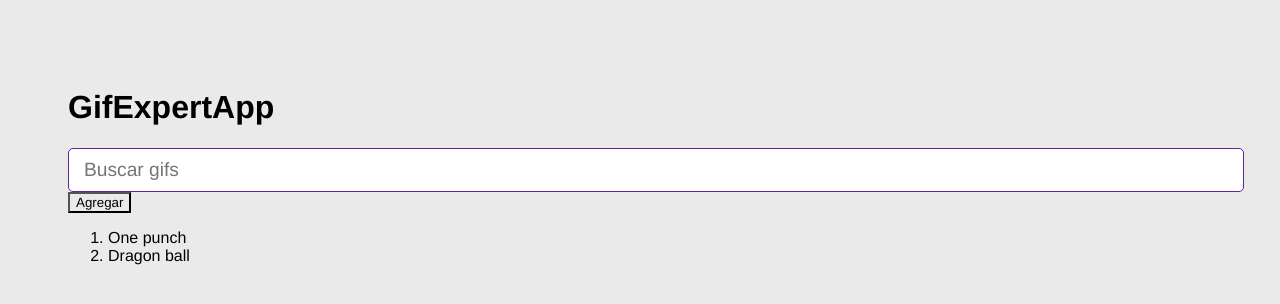
Repository: mmg0206/react-gif-expert
Page: /
The author's editor kept a copy of each file at every save. The page is drawn from the files as they stood at one save, then again after the next save.
The browser window is 1280 px wide. The pictures show the whole page.
The project was rebuilt for these pictures with package versions that can differ from the ones it lists, and the page was loaded fresh each time. Also part of the build but not shown: vite.config.js.

Above is the page before, as saved 2024-04-13 19:22:55.

### src/main.jsx
import React from 'react'
import ReactDOM from 'react-dom/client'
import { GifExpertApp } from './GifExpertApp.jsx'
import './styles.css';


ReactDOM.createRoot(document.getElementById('root')).render(
  <React.StrictMode>
    <GifExpertApp/>
  </React.StrictMode>
)

### src/GifExpertApp.jsx
import { useState } from "react";
import {AddCategory} from "./components/AddCategory";

export const GifExpertApp = () => {
  // const apiKey ='Ls33XwmjLip5m9fo9lFfzjgpz7a8Isa8';
  const [categories, setCategories] = useState(['One punch', 'Dragon ball']);

  const onAddCategory =(newValue)=>{
    setCategories(categories.concat(newValue));
  }


  return (
    <>
      {/* titulo */}
      <h1>GifExpertApp</h1>

      {/* input */}
      <AddCategory />

      {/* listado de gifs */}
      <button onClick={()=>onAddCategory('Valorant')}>Agregar</button>
      <ol>
        {
          categories.map(el =>{
              return <li key={el}>{el}</li>
          })
        }
      </ol>
        {/* Gif item */}
    </>
  )
}

### src/components/AddCategory.jsx
import { useState } from "react"

export const AddCategory = () => {
    const [inputValue, setInputValue] = useState('One punch')
  return (
    <input
        type="text"
        placeholder="Buscar gifs"
    />
  )
}

Loaded but not shown: index.html (common file); src/styles.css (common file)

After the next save:
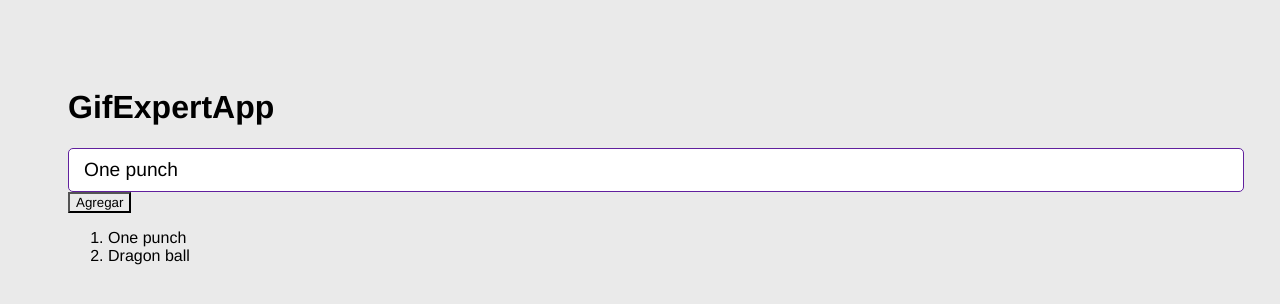
Saved 57 s later.
--- a/src/components/AddCategory.jsx
+++ b/src/components/AddCategory.jsx
@@ -6,6 +6,7 @@
     <input
         type="text"
         placeholder="Buscar gifs"
+        value={inputValue}
     />
   )
 }

After the 4 saves that followed:
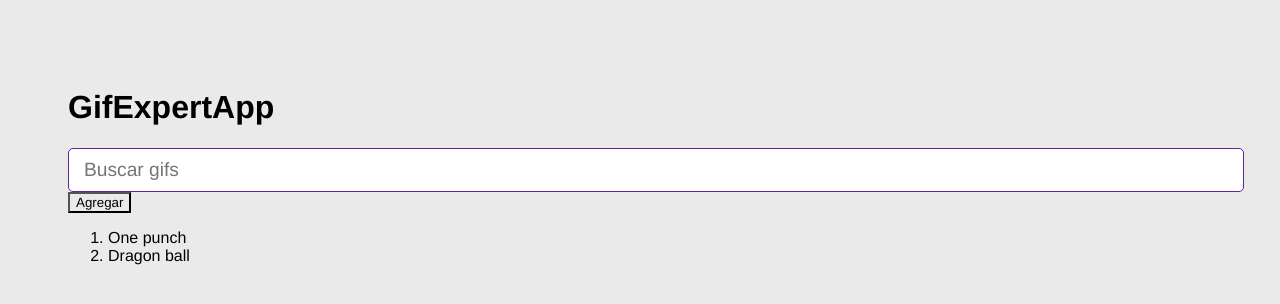
The 4 saves are shown as one change because 3 left the picture as it was.
The last was saved 4 min 51 s later.
--- a/src/components/AddCategory.jsx
+++ b/src/components/AddCategory.jsx
@@ -1,12 +1,16 @@
 import { useState } from "react"
 
 export const AddCategory = () => {
-    const [inputValue, setInputValue] = useState('One punch')
+    const [inputValue, setInputValue] = useState('');
+    const onInputChange = (value)=>{
+        setInputValue(value)
+    }
   return (
     <input
         type="text"
         placeholder="Buscar gifs"
         value={inputValue}
+        onChange={(e)=>onInputChange(e.value)}
     />
   )
 }
